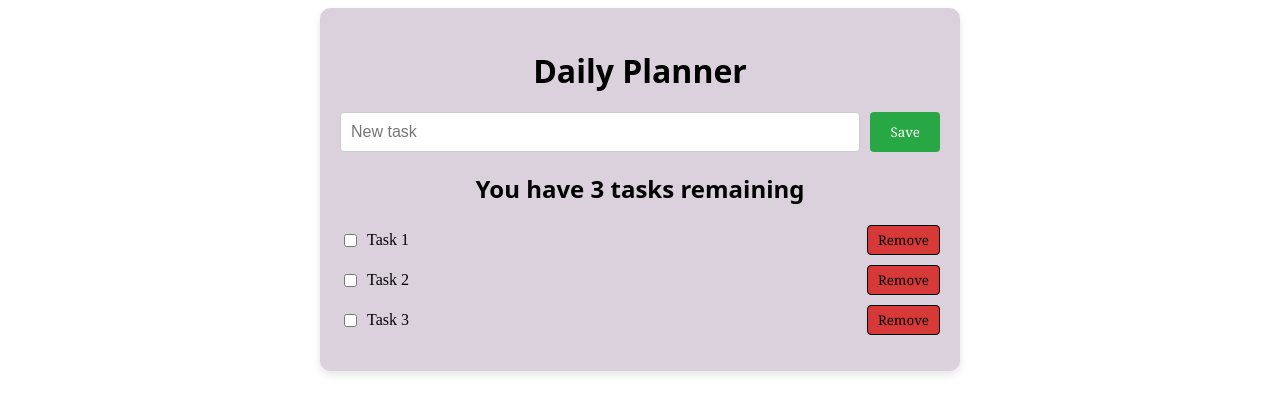
Repository: k8ANStar/lab04-daily-planner
Page: /
An editor plug-in stored every save of this project. The page is shown before and after a run of saves, followed by the edit.
The browser window is 1280 px wide. The pictures show the whole page.
The project was rebuilt for these pictures with package versions that can differ from the ones it lists, and the page was loaded fresh each time. Also part of the build but not shown: vite.config.js.

Above is the page before, as saved 2024-10-13 12:41:39.

After the next 3 saves:
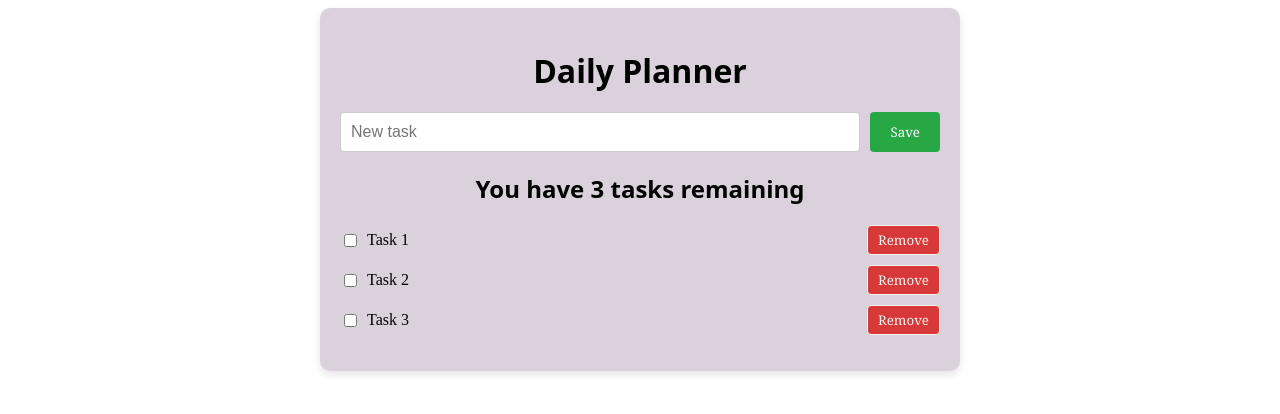
The 3 saves are shown as one change because they came seconds apart.
The last was saved 13 s later.
--- a/src/App.css
+++ b/src/App.css
@@ -72,7 +72,7 @@ h2 {
 .remove-btn {
 	padding: 5px 10px;
 	background-color: #d73838;
-	color: rgb(0, 0, 0);
+	color: rgb(252, 243, 243);
 	border: solid 1px;
 	border-radius: 4px;
 	cursor: pointer;
